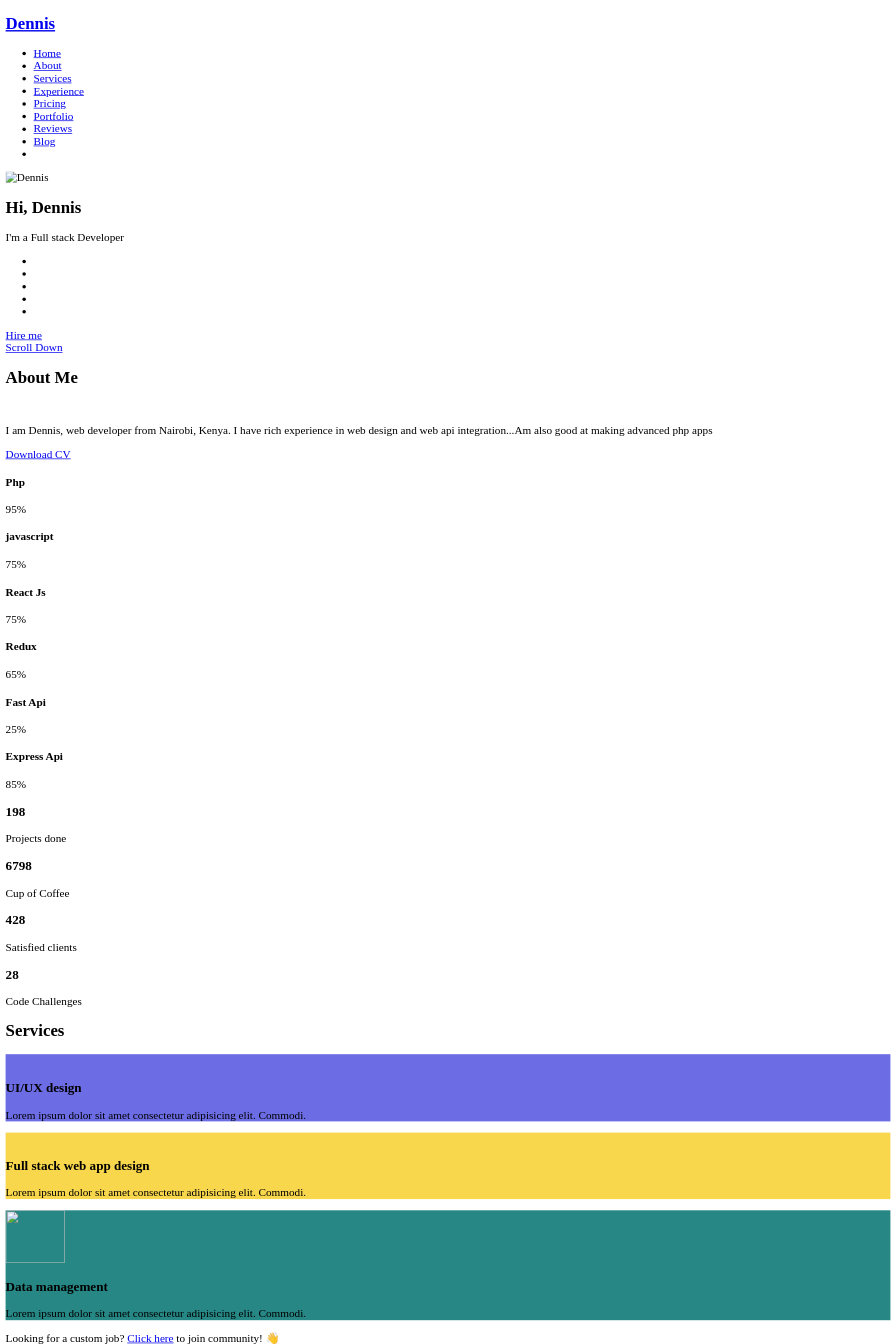
Repository: Teeticode/project_manager_tool
Page: http://localhost/
These files come from the project's save history. The page is drawn as it stood at one moment and after the next save; the edit follows.
The browser window is 1280 px wide. The pictures show the part of the page from y = 0 to 1920 px (the page is 5422 px tall before and 720 px after), at 70% of full size.
Some icons come from a web library that is not loaded, so they are not drawn. The page is run by PHP 8.4 with error messages shown; the project is at /var/www/html/.

Above is the page before, as saved 2022-09-07 10:08:41.
Console error: SyntaxError: Unexpected token '<'

After the next save:
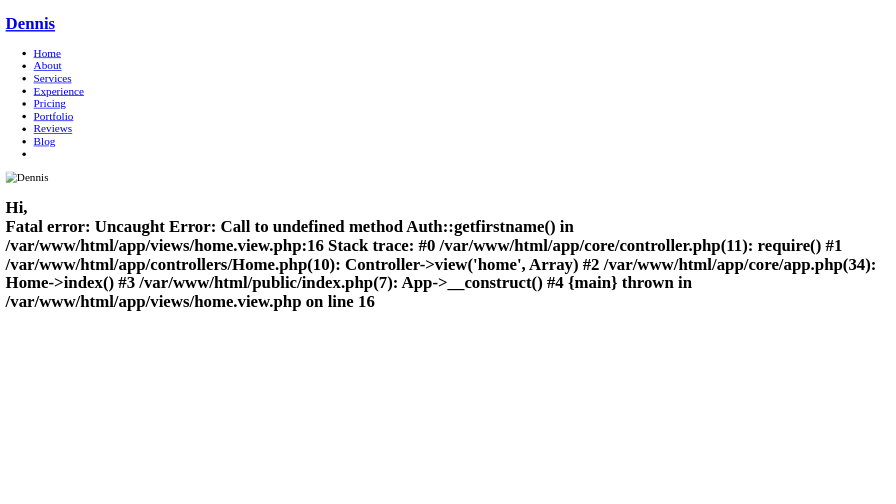
The error is gone.
Saved 58 s later.
--- a/app/views/home.view.php
+++ b/app/views/home.view.php
@@ -13,7 +13,7 @@
               <!--avatar image-->
               <img src="<?=ROOT?>/portfolio/assets/img/avatar-1.svg" alt="Dennis">
               <!--info--->
-              <h1>Hi, Dennis</h1>
+              <h1>Hi, <?= Auth::getfirstname();?></h1>
               <span>I'm a <span class="info-text">Full stack Developer</span></span>
               <!--social icons-->
               <ul class="social-icons">
